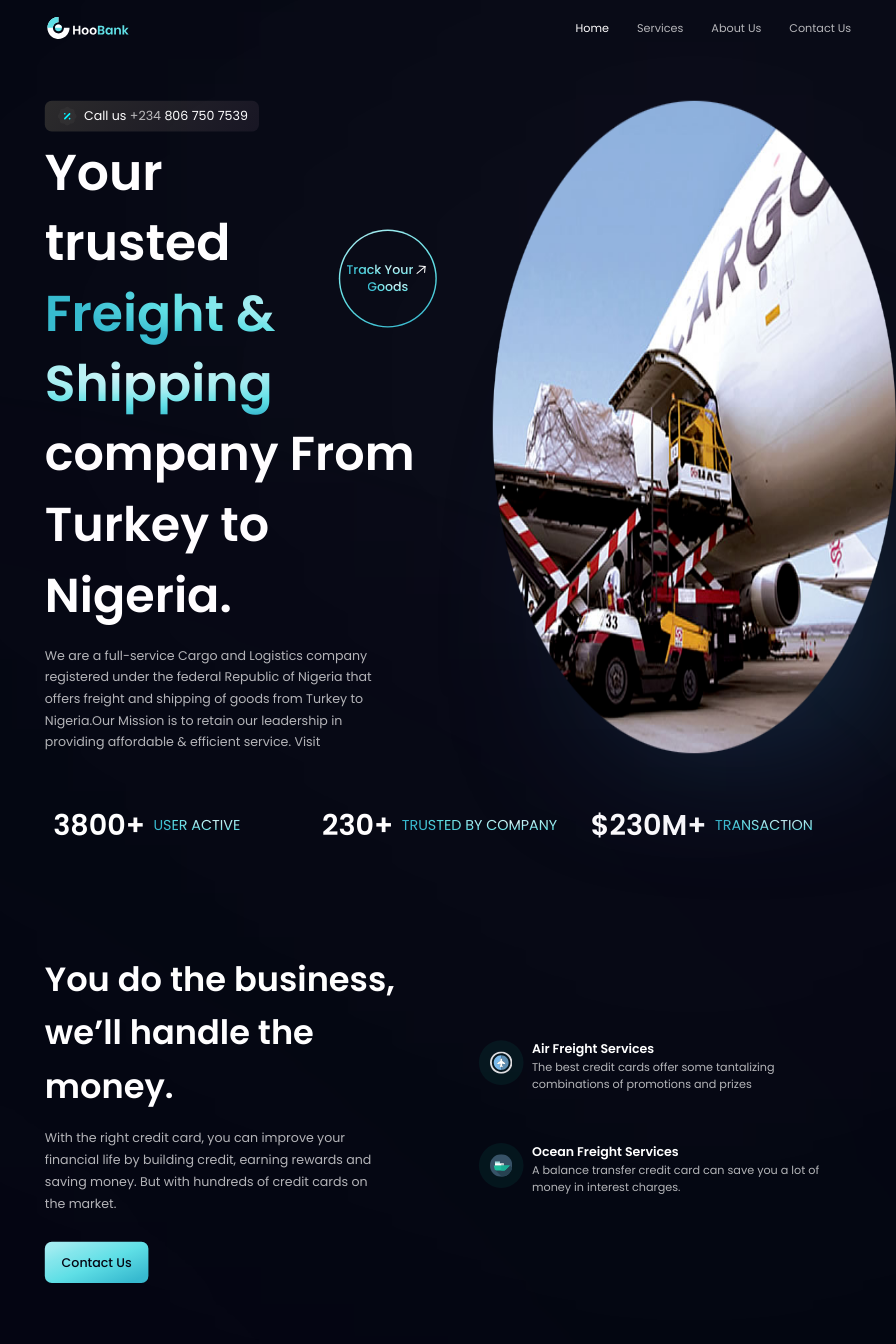
Repository: Miracleoluebube/captionlogistics
Page: /
The author's editor kept a copy of each file at every save. The page is drawn from the files as they stood at one save, then again after the next save.
The browser window is 1280 px wide. The pictures show the part of the page from y = 0 to 1920 px (the page is 5379 px tall before and 5409 px after), at 70% of full size.
The project was rebuilt for these pictures with package versions that can differ from the ones it lists, and the page was loaded fresh each time. Also part of the build but not shown: vite.config.js.

Above is the page before, as saved 2022-10-02 12:40:22.

After the next save:
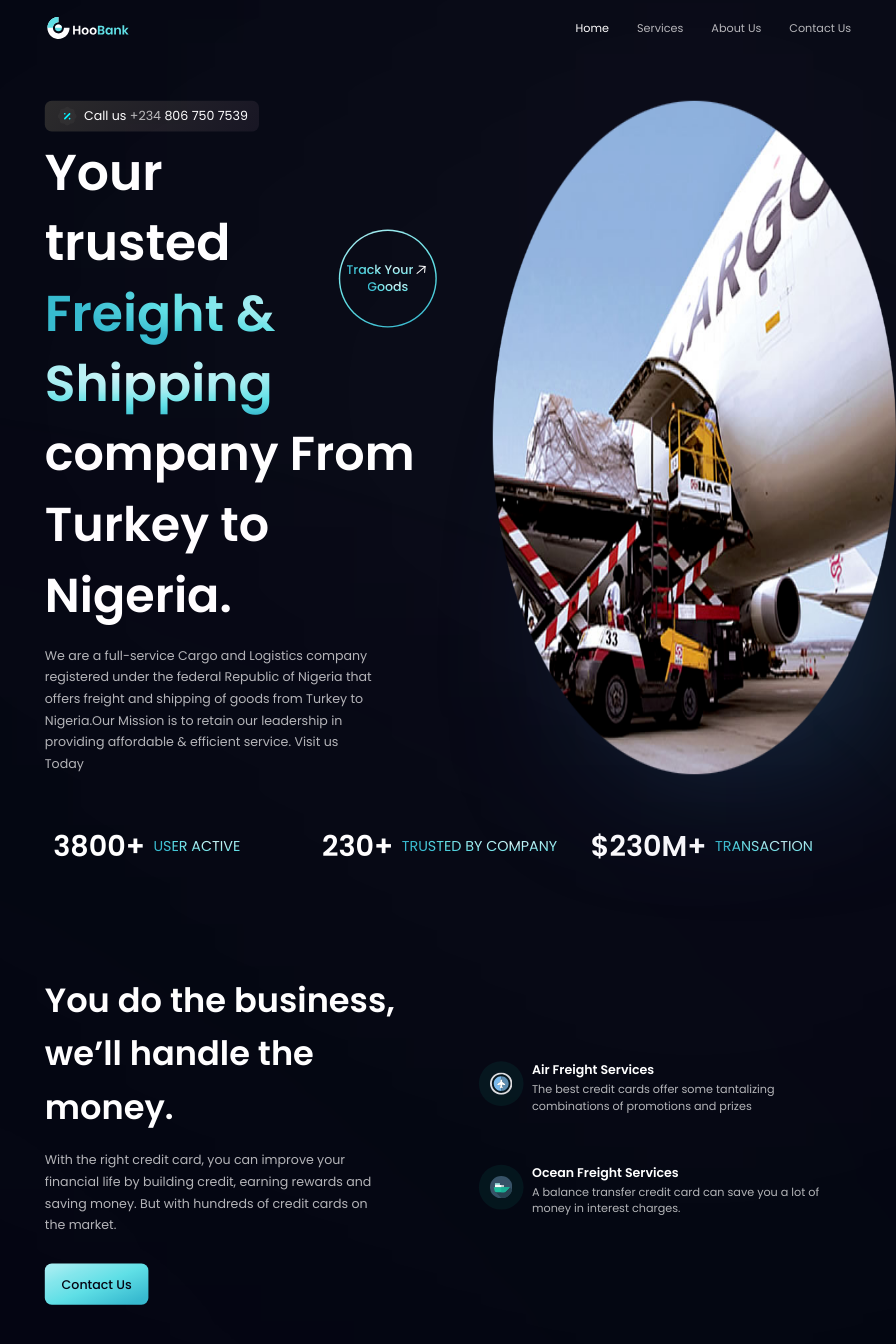
Saved 6 s later.
--- a/src/components/Hero.jsx
+++ b/src/components/Hero.jsx
@@ -33,7 +33,7 @@
           and shipping of goods from Turkey
           to Nigeria.Our Mission is to retain our leadership
           in providing affordable
-          & efficient service. Visit
+          & efficient service. Visit us Today
         </p>
       </div>
 
